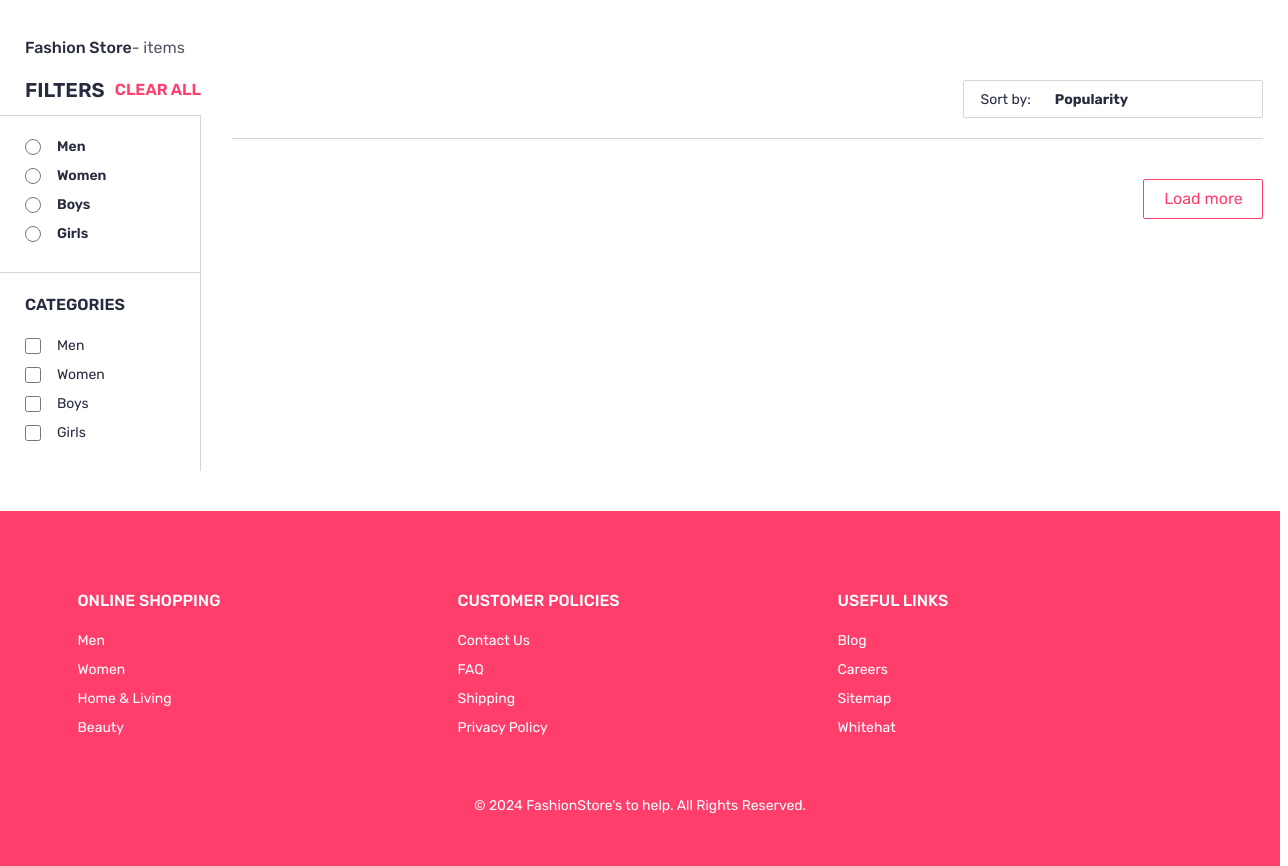
Repository: litaiqiang1407/Khanh-FashionStore
Page: /
These files come from the project's save history. The page is drawn as it stood at one moment and after the next save; the edit follows.
The browser window is 1280 px wide. The page is 1288 px wide, so the pictures cover 1288 px, including what lies to the right of the window. The pictures show the part of the page from y = 1080 to 1946 px (the page is 1946 px tall before and 1830 px after).
The page's requests for data from a server got no answer. The project was rebuilt for these pictures with package versions that can differ from the ones it lists, and the page was loaded fresh each time. Some packages were replaced by stand-ins written for this rebuild. No one was signed in, and anything a server would have sent is missing. Also part of the build but not shown: src/pages/ProductDetail/index.js, src/pages/Login/index.js, src/pages/Signup/index.js, src/pages/Contact/index.js, src/pages/Profile/index.js, src/pages/Cart/index.js.

Above is the page before, as saved 2024-04-15 18:40:41.

After the next save:
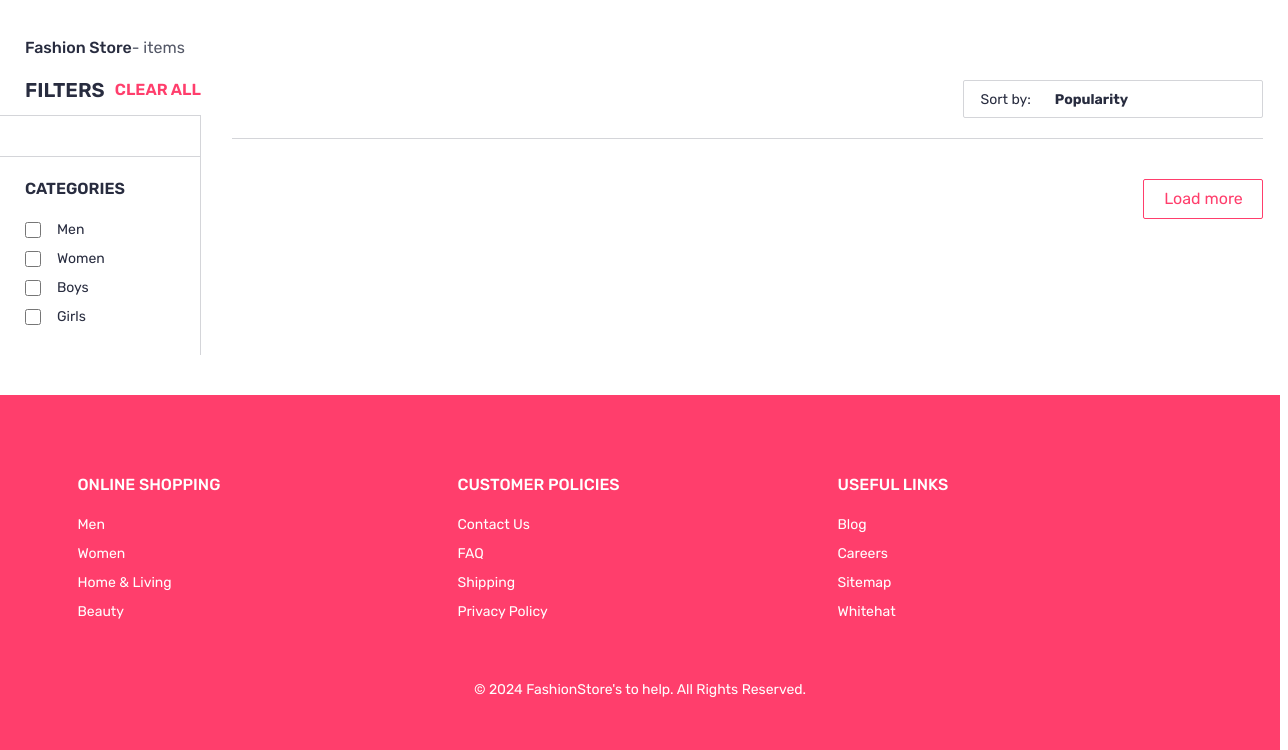
Saved 9 min 34 s later.
--- a/src/pages/Home/Products/index.js
+++ b/src/pages/Home/Products/index.js
@@ -16,6 +16,27 @@
     interactData(productsURL, "GET", null, setProducts);
   }, []);
 
+  const genders = ["Men", "Women", "Boys", "Girls"];
+
+  const renderGenders = () => {
+    return (
+      <ul className={cx("gender-list")}>
+        {genders.map((gender, index) => {
+          <li key={index} className={cx("gender-item")}>
+            <label className={cx("item-label")}>
+              <input
+                name="gender-item"
+                type="radio"
+                className={cx("item-input")}
+              />
+              <span className={cx("item-value")}>{gender}</span>
+            </label>
+          </li>;
+        })}
+      </ul>
+    );
+  };
+
   const loadMoreProducts = () => {
     setDisplayedProducts(displayedProducts + 20);
   };
@@ -33,50 +54,7 @@
               <span className={cx("filter-header__clear")}>CLEAR ALL</span>
             </div>
             <div className={cx("filter-body")}>
-              <div className={cx("filter-gender")}>
-                <ul className={cx("gender-list")}>
-                  <li className={cx("gender-item")}>
-                    <label className={cx("item-label")}>
-                      <input
-                        name="gender-item"
-                        type="radio"
-                        className={cx("item-input")}
-                      />
-                      <span className={cx("item-value")}>Men</span>
-                    </label>
-                  </li>
-                  <li className={cx("gender-item")}>
-                    <label className={cx("item-label")}>
-                      <input
-                        name="gender-item"
-                        type="radio"
-                        className={cx("item-input")}
-                      />
-                      <span className={cx("item-value")}>Women</span>
-                    </label>
-                  </li>
-                  <li className={cx("gender-item")}>
-                    <label className={cx("item-label")}>
-                      <input
-                        name="gender-item"
-                        type="radio"
-                        className={cx("item-input")}
-                      />
-                      <span className={cx("item-value")}>Boys</span>
-                    </label>
-                  </li>
-                  <li className={cx("gender-item")}>
-                    <label className={cx("item-label")}>
-                      <input
-                        name="gender-item"
-                        type="radio"
-                        className={cx("item-input")}
-                      />
-                      <span className={cx("item-value")}>Girls</span>
-                    </label>
-                  </li>
-                </ul>
-              </div>
+              <div className={cx("filter-gender")}>{renderGenders()}</div>
               <div className={cx("filter-category")}>
                 <span className={cx("category-title")}>CATEGORIES</span>
                 <ul className={cx("category-list")}>

After the 6 saves that followed:
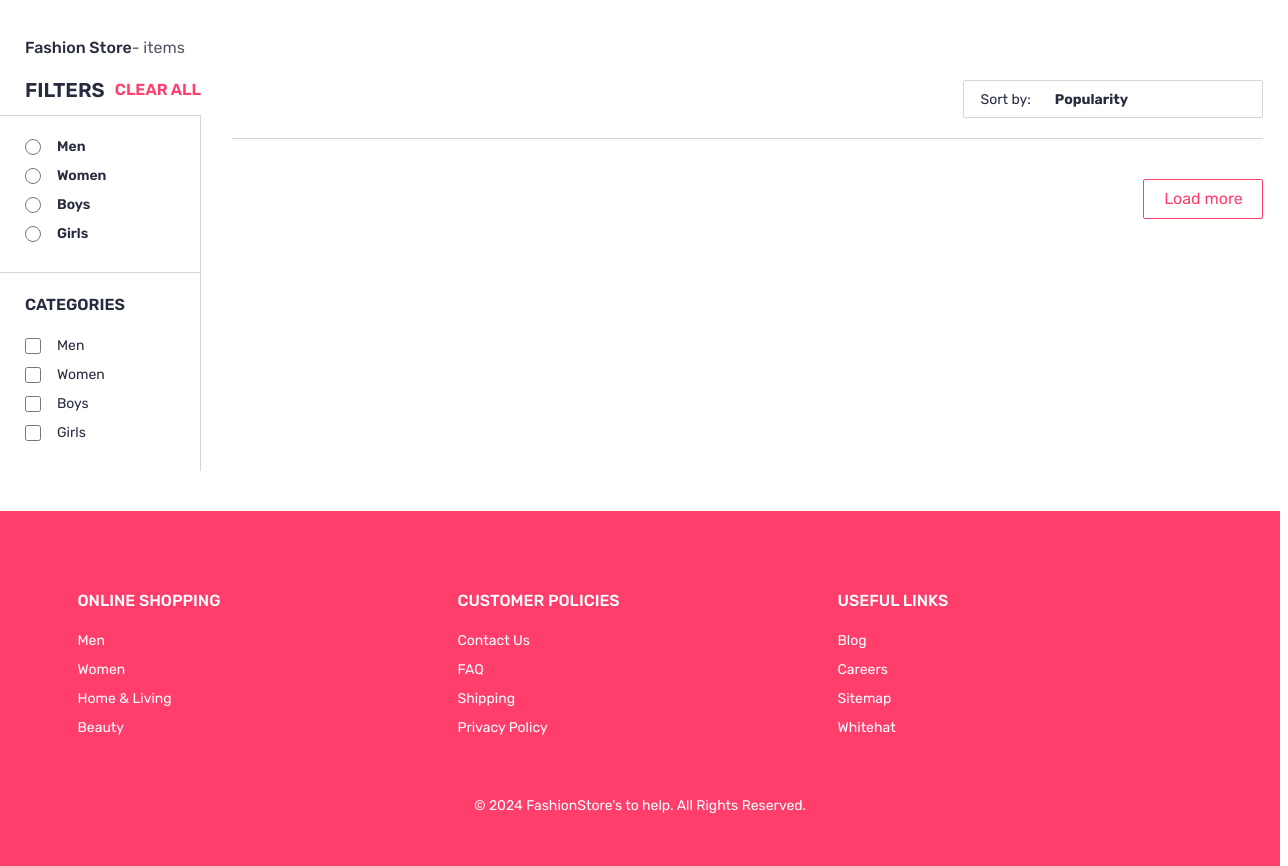
The 6 saves are shown as one change because 5 left the picture as it was.
The last was saved 5 min 6 s later.
--- a/src/pages/Home/Products/index.js
+++ b/src/pages/Home/Products/index.js
@@ -54,7 +54,50 @@
               <span className={cx("filter-header__clear")}>CLEAR ALL</span>
             </div>
             <div className={cx("filter-body")}>
-              <div className={cx("filter-gender")}>{renderGenders()}</div>
+              <div className={cx("filter-gender")}>
+                <ul className={cx("gender-list")}>
+                  <li className={cx("gender-item")}>
+                    <label className={cx("item-label")}>
+                      <input
+                        name="gender-item"
+                        type="radio"
+                        className={cx("item-input")}
+                      />
+                      <span className={cx("item-value")}>Men</span>
+                    </label>
+                  </li>
+                  <li className={cx("gender-item")}>
+                    <label className={cx("item-label")}>
+                      <input
+                        name="gender-item"
+                        type="radio"
+                        className={cx("item-input")}
+                      />
+                      <span className={cx("item-value")}>Women</span>
+                    </label>
+                  </li>
+                  <li className={cx("gender-item")}>
+                    <label className={cx("item-label")}>
+                      <input
+                        name="gender-item"
+                        type="radio"
+                        className={cx("item-input")}
+                      />
+                      <span className={cx("item-value")}>Boys</span>
+                    </label>
+                  </li>
+                  <li className={cx("gender-item")}>
+                    <label className={cx("item-label")}>
+                      <input
+                        name="gender-item"
+                        type="radio"
+                        className={cx("item-input")}
+                      />
+                      <span className={cx("item-value")}>Girls</span>
+                    </label>
+                  </li>
+                </ul>
+              </div>
               <div className={cx("filter-category")}>
                 <span className={cx("category-title")}>CATEGORIES</span>
                 <ul className={cx("category-list")}>
